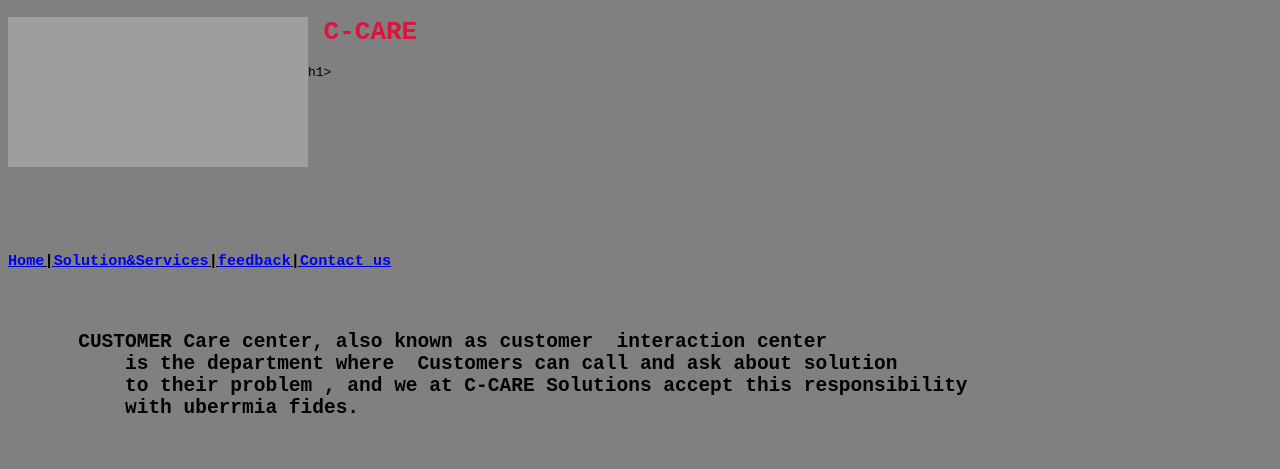
Repository: Ankitr93/CallCenterMgmt
Page: http://localhost/CallCenterManagement/homepage.jsp
These files come from the project's save history. The page is drawn as it stood at one moment and after the next save; the edit follows.
The browser window is 1280 px wide. The pictures show the part of the page from y = 0 to 469 px (the page is 995 px tall before and 967 px after).
Pictures or frames that could not be fetched are drawn as grey boxes. The page is served by Tomcat 9. Other server files are loaded and not shown.

Above is the page before, as saved 2013-07-07 15:31:22.

### CallCenterManagement/CallCenterManagement1/CallCenterManagement/WebContent/homepage.jsp
<%@ page language="java" contentType="text/html; charset=ISO-8859-1"
    pageEncoding="ISO-8859-1"%>
<!DOCTYPE html PUBLIC "-//W3C//DTD HTML 4.01 Transitional//EN" "http://www.w3.org/TR/html4/loose.dtd">
<html>
<head>
<meta http-equiv="Content-Type" content="text/html; charset=ISO-8859-1">
<title>home</title>
</head>
<body bgcolor="grey"><pre><H1><font color="crimson"> C-CARE </font> <a><img alt="c-care" src="C:\Users\SHAMIK\CallCenterManagement1\a.jpg" align="left" height="150"width="300"></a></H1>h1></h1></pre>
<br><br><br><br><br><br><br><br>
<pre><h3><u><a href="#">Home</a></b>|<a href="services.jsp"><b>Solution&Services</a></b>|<a href="feedback.jsp"><b>feedback</a></b>|<a href="contactus.jsp"><b>Contact us</b></a></u></h3>

<h2>      CUSTOMER Care center, also known as customer  interaction center
          is the department where  Customers can call and ask about solution
          to their problem , and we at C-CARE Solutions accept this responsibility
          with uberrmia fides. </h2>
     </font></pre></br>






 <a><img src="C:\Users\SHAMIK\CallCenterManagement1\b.jpg"  height="300" width="900"></a><br>




<pre>     <form method="post" action="LoginController">
                                      UserID:  <input type="text" name="user"required/><br/>
                                      Password:<input type="password" name="password"required/><br>

                                          <input type="submit" value="Login"></input></form>

</pre>


</body>
</html>

After the next save:
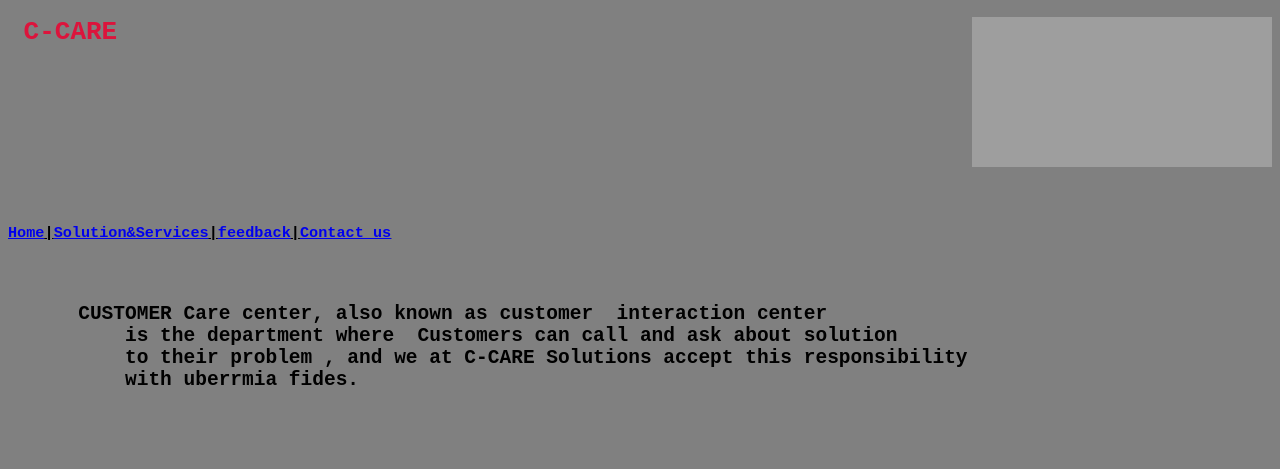
Saved 37 s later.
--- a/CallCenterManagement/CallCenterManagement1/CallCenterManagement/WebContent/homepage.jsp
+++ b/CallCenterManagement/CallCenterManagement1/CallCenterManagement/WebContent/homepage.jsp
@@ -6,7 +6,7 @@
 <meta http-equiv="Content-Type" content="text/html; charset=ISO-8859-1">
 <title>home</title>
 </head>
-<body bgcolor="grey"><pre><H1><font color="crimson"> C-CARE </font> <a><img alt="c-care" src="C:\Users\SHAMIK\CallCenterManagement1\a.jpg" align="left" height="150"width="300"></a></H1>h1></h1></pre>
+<body bgcolor="grey"><pre><H1><font color="crimson"> C-CARE </font> <a><img alt="c-care" src="C:\Users\SHAMIK\CallCenterManagement1\a.jpg" align="right" height="150"width="300"></a></H1></h1></pre>
 <br><br><br><br><br><br><br><br>
 <pre><h3><u><a href="#">Home</a></b>|<a href="services.jsp"><b>Solution&Services</a></b>|<a href="feedback.jsp"><b>feedback</a></b>|<a href="contactus.jsp"><b>Contact us</b></a></u></h3>
 
